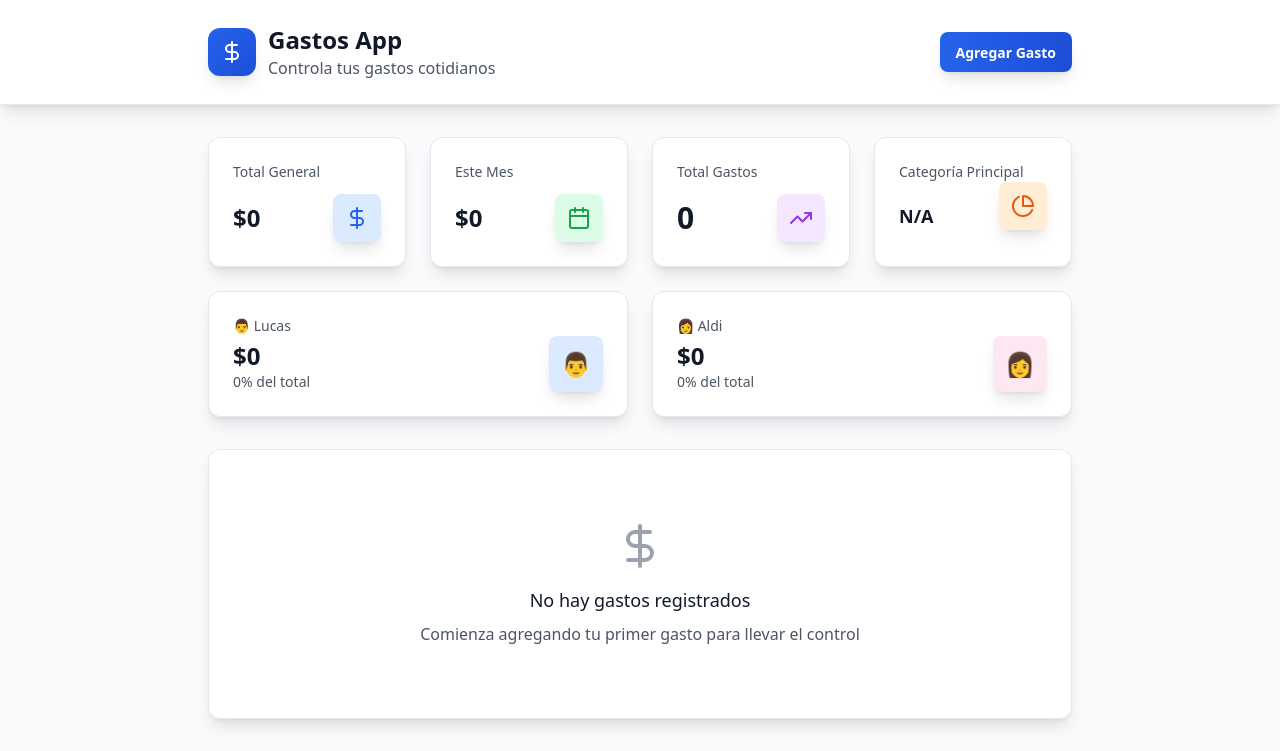
Repository: lucastenaglia/Gastosapp
Page: /
An editor plug-in stored every save of this project. The page is shown before and after the next save, followed by the edit.
The browser window is 1280 px wide. The pictures show the whole page.
The page's requests for data from a server got no answer. The project was rebuilt for these pictures with package versions that can differ from the ones it lists, and the page was loaded fresh each time. No one was signed in, and anything a server would have sent is missing. Also part of the build but not shown: vite.config.js, src/components/ExpenseForm.jsx.

Above is the page before, as saved 2025-08-03 21:50:06.

After the next save:
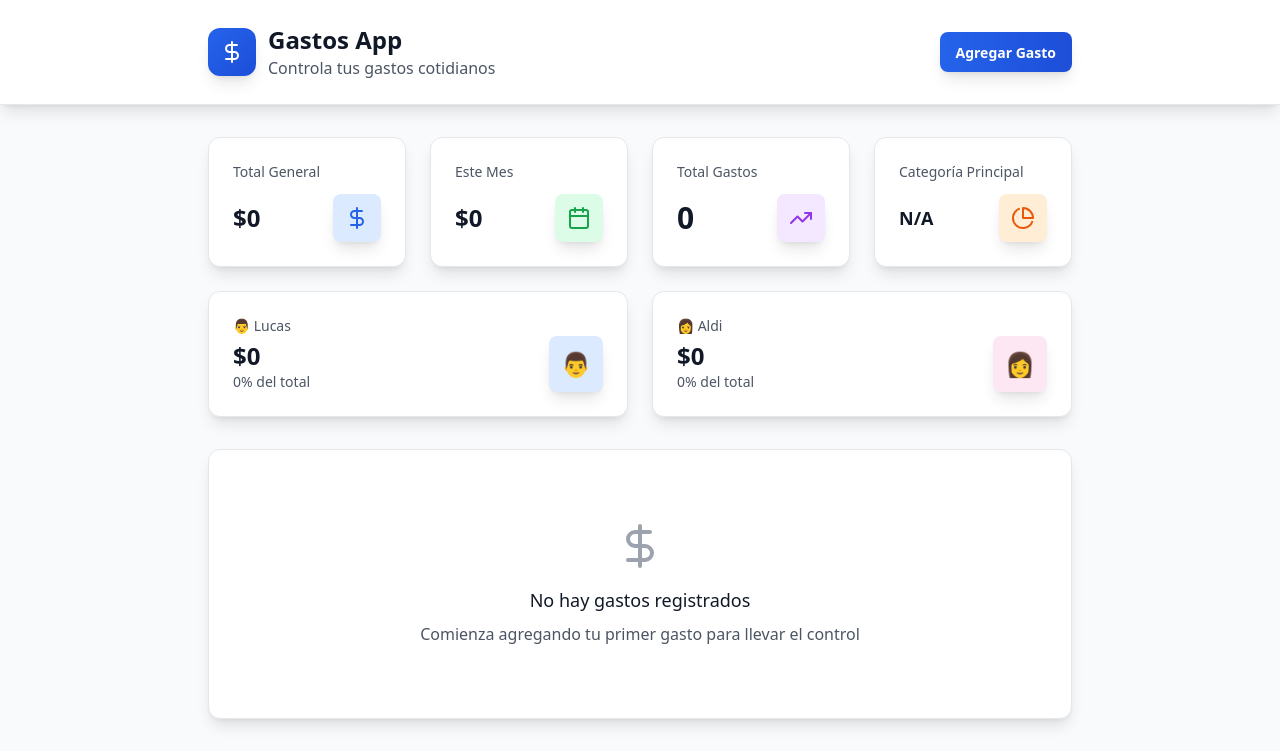
Saved 11 s later.
--- a/src/components/ExpenseSummary.jsx
+++ b/src/components/ExpenseSummary.jsx
@@ -92,10 +92,10 @@ const ExpenseSummary = ({ expenses }) => {
 
                  {/* Categoría Principal */}
          <div className="card relative p-4 sm:p-6">
-           <div>
+           <div className="space-y-3">
              <p className="text-xs sm:text-sm font-medium text-gray-600">Categoría Principal</p>
-             <div className="flex items-end justify-between">
-               <div>
+             <div className="flex items-center justify-between">
+               <div className="flex-1">
                  <p className="text-base sm:text-lg font-semibold text-gray-900 capitalize">
                    {topCategory ? topCategory[0] : 'N/A'}
                  </p>
@@ -105,8 +105,8 @@ const ExpenseSummary = ({ expenses }) => {
                    </p>
                  )}
                </div>
-               <div className="bg-orange-100 p-2 sm:p-3 rounded-lg shadow-lg">
-                 <PieChart className="h-4 w-4 sm:h-6 sm:w-6 text-orange-600" />
+               <div className="bg-orange-100 p-2 sm:p-2.5 lg:p-3 rounded-lg shadow-lg ml-4">
+                 <PieChart className="h-4 w-4 sm:h-5 sm:w-5 lg:h-6 lg:w-6 text-orange-600" />
                </div>
              </div>
            </div>
